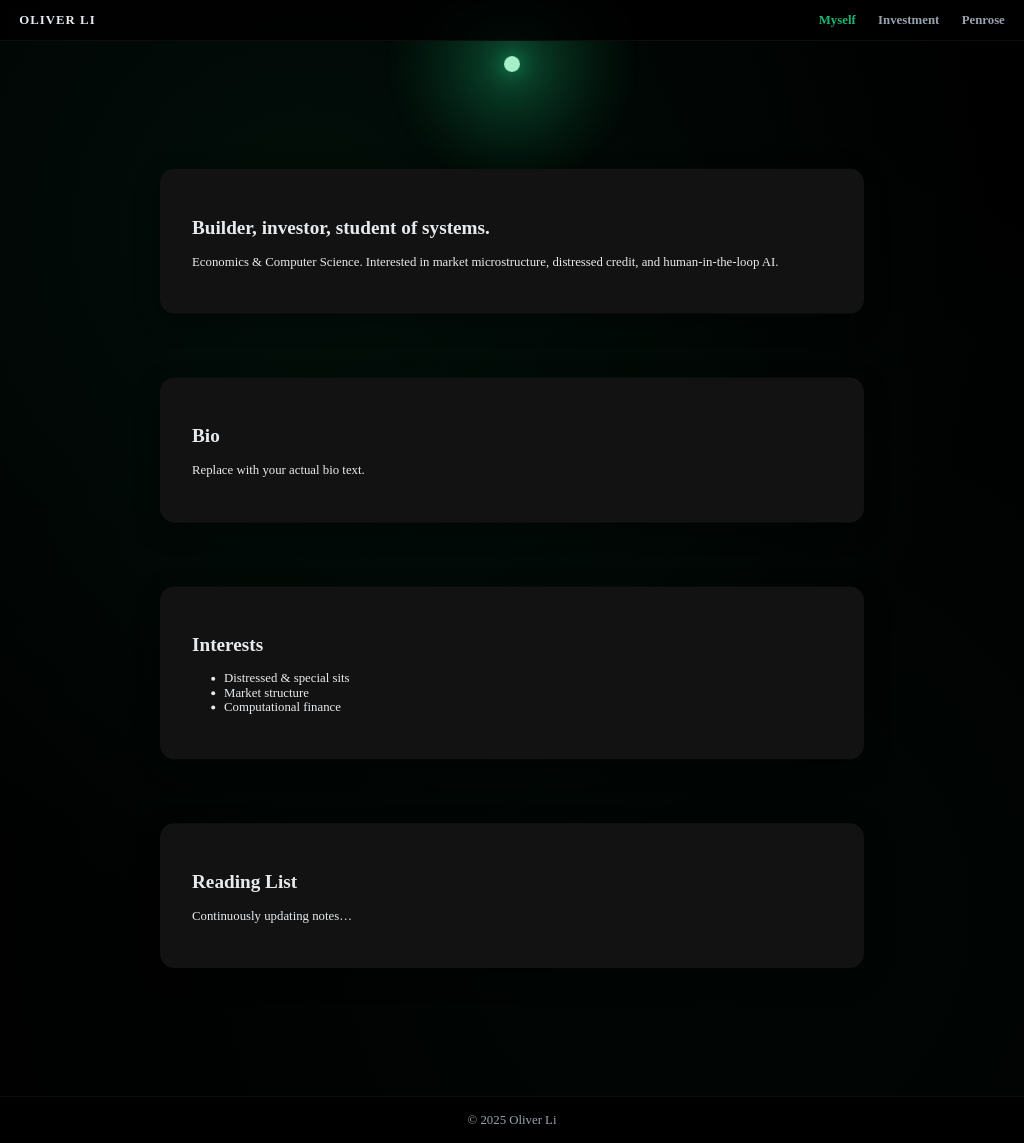
Repository: oliverli1728/portfolio
Page: index.html
The author's editor kept a copy of each file at every save. The page is drawn from the files as they stood at one save, then again after the next save.
The browser window is 1280 px wide. The pictures show the whole page, at 80% of full size.
Some web fonts or font styles are not loaded; a fallback is used.

Above is the page before, as saved 2025-09-25 22:40:42.

### index.html
<!DOCTYPE html>
<html lang="en">
<head>
  <meta charset="utf-8" />
  <meta name="viewport" content="width=device-width, initial-scale=1" />
  <title>Oliver Li</title>
  <link rel="stylesheet" href="style.css" />
  <link rel="stylesheet" href="mediaqueries.css" />
  <link rel="preconnect" href="https://fonts.googleapis.com">
  <link rel="preconnect" href="https://fonts.gstatic.com" crossorigin>
  <link href="https://fonts.googleapis.com/css2?family=Lusitana:wght@400;700&display=swap" rel="stylesheet">
</head>
<body>
  <header class="site-header">
    <a class="brand" href="#myself">OLIVER&nbsp;LI</a>
    <nav class="nav">
      <a href="#myself" class="tab-link active">Myself</a>
      <a href="#investment" class="tab-link">Investment</a>
      <a href="#penrose" class="tab-link">Penrose</a>
    </nav>
  </header>

  <!-- Particle canvas -->
  <canvas id="particleCanvas"></canvas>

  <main>
    <!-- Myself page -->
    <section id="myself" class="tab-content active">
      <div class="panel" data-fade>
        <h1>Builder, investor, student of systems.</h1>
        <p>Economics & Computer Science. Interested in market microstructure, distressed credit, and human-in-the-loop AI.</p>
      </div>
      <div class="panel" data-fade>
        <h2>Bio</h2>
        <p>Replace with your actual bio text.</p>
      </div>
      <div class="panel" data-fade>
        <h2>Interests</h2>
        <ul>
          <li>Distressed & special sits</li>
          <li>Market structure</li>
          <li>Computational finance</li>
        </ul>
      </div>
      <div class="panel" data-fade>
        <h2>Reading List</h2>
        <p>Continuously updating notes…</p>
      </div>
    </section>

    <!-- Investment page -->
    <section id="investment" class="tab-content">
      <h2>Investment Notes</h2>
      <p>Content here (cards, theses, etc.).</p>
    </section>

    <!-- Penrose page -->
    <section id="penrose" class="tab-content">
      <div class="penrose-container">
        <div class="penrose-shadow"></div>
        <img src="assets/penrose-logo.png" alt="Penrose logo" class="penrose-animated" />
        <canvas id="penroseParticles"></canvas>
        <p>Paradox, perspective, conviction.</p>
      </div>
    </section>
  </main>

  <footer class="site-footer">
    <span>© <span id="year"></span> Oliver Li</span>
  </footer>

  <script src="script.js"></script>
</body>
</html>

### style.css
:root{
  --bg:#070707;
  --bg-grad: radial-gradient(circle at 30% 20%, rgba(26,183,116,0.08), transparent 60%),
             radial-gradient(circle at 70% 80%, rgba(15,128,84,0.05), transparent 70%),
             #000;
  --elev:#121212;
  --muted:#98a2ad;
  --text:#e8ebee;
  --accent:#1ab774;
  --radius:18px;
  --shadow:0 10px 30px rgba(0,0,0,.35);
}

body{
  margin:0;
  font-family:"Lusitana", serif;
  background:var(--bg-grad);
  color:var(--text);
  scroll-behavior:smooth;
}

.site-header{
  position:sticky; top:0; display:flex; justify-content:space-between; align-items:center;
  padding:16px 24px; backdrop-filter:blur(6px);
  background:rgba(0,0,0,0.85);
  border-bottom:1px solid #111;
  z-index:10;
}
.brand{ color:var(--text); font-weight:700; text-decoration:none; letter-spacing:.08em; }
.nav{ display:flex; gap:28px; }
.tab-link{ color:var(--muted); text-decoration:none; font-weight:600; }
.tab-link.active{ color:var(--accent); }

.tab-content{ display:none; min-height:100vh; padding:80px 20px; position:relative; z-index:1; }
.tab-content.active{ display:block; }

/* Panels */
.panel{ margin:80px auto; max-width:800px; background:var(--elev); padding:40px; border-radius:var(--radius); box-shadow:var(--shadow); }
[data-fade]{ opacity:0; transform:translateY(24px); transition: opacity .8s ease, transform .8s ease; }
[data-fade].in-view{ opacity:1; transform:none; }

/* Penrose animation */
.penrose-container{ position:relative; display:flex; flex-direction:column; align-items:center; justify-content:center; height:100vh; overflow:hidden; }
.penrose-animated{ width:320px; animation: bob 5s ease-in-out infinite; z-index:2; }
.penrose-shadow{ position:absolute; bottom:20%; width:180px; height:30px; background:rgba(0,0,0,0.7); border-radius:50%; filter:blur(10px); z-index:1; }
@keyframes bob{ 0%,100%{ transform:translateY(0);} 50%{ transform:translateY(-20px);} }

#penroseParticles{ position:absolute; top:0; left:0; width:100%; height:100%; pointer-events:none; z-index:0; }

/* Canvas for main particle */
#particleCanvas{ position:fixed; top:0; left:0; width:100%; height:100%; z-index:0; pointer-events:none; }

/* Footer */
.site-footer{ text-align:center; padding:20px; border-top:1px solid #111; background:#000; color:var(--muted); z-index:5; position:relative; }

### mediaqueries.css
@media (max-width: 900px){
  .panel{ margin:40px 12px; padding:24px; }
}

@media (max-width: 600px){
  .nav{ gap:16px; }
  .penrose-animated{ width:220px; }
}

### script.js
// Tab switching with deep-link support
const tabs = document.querySelectorAll('.tab-link');
const contents = document.querySelectorAll('.tab-content');

function activateTab(id){
  tabs.forEach(t => t.classList.remove('active'));
  contents.forEach(c => c.classList.remove('active'));
  const targetTab = document.querySelector(`.tab-link[href='${id}']`);
  const targetContent = document.querySelector(id);
  if(targetTab && targetContent){
    targetTab.classList.add('active');
    targetContent.classList.add('active');
    window.scrollTo({ top:0, behavior:'smooth' });
  }
}

function initTabs(){
  tabs.forEach(tab => {
    tab.addEventListener('click', e => {
      e.preventDefault();
      const id = tab.getAttribute('href');
      activateTab(id);
      history.pushState(null, '', id);
    });
  });
}

window.addEventListener('DOMContentLoaded', () => {
  const hash = window.location.hash || '#myself';
  activateTab(hash);
  initTabs();
  document.getElementById('year').textContent = new Date().getFullYear();
});

window.addEventListener('popstate', () => {
  const hash = window.location.hash || '#myself';
  activateTab(hash);
});

// Main particle system that illuminates text
const canvas = document.getElementById('particleCanvas');
const ctx = canvas.getContext('2d');
let width, height;

function resize(){
  width = canvas.width = window.innerWidth;
  height = canvas.height = window.innerHeight;
}
window.addEventListener('resize', resize);
resize();

function drawParticle(){
  ctx.clearRect(0,0,width,height);
  const scrollTop = window.scrollY;
  const docHeight = document.documentElement.scrollHeight - window.innerHeight;
  const pct = docHeight > 0 ? scrollTop / docHeight : 0;
  const trackHeight = height - 160;
  const y = 80 + pct * trackHeight;
  const x = width/2 + Math.sin(pct * Math.PI * 2) * 120;

  // glow that fades in text
  const gradient = ctx.createRadialGradient(x,y,0,x,y,160);
  gradient.addColorStop(0,'rgba(26,183,116,0.25)');
  gradient.addColorStop(1,'rgba(0,0,0,0)');

  ctx.fillStyle = gradient;
  ctx.fillRect(0,0,width,height);

  // central particle
  ctx.beginPath();
  ctx.arc(x, y, 10, 0, Math.PI*2);
  ctx.fillStyle = 'rgba(183,255,216,0.9)';
  ctx.shadowColor = 'rgba(26,183,116,0.8)';
  ctx.shadowBlur = 25;
  ctx.fill();
}

function animate(){
  drawParticle();
  requestAnimationFrame(animate);
}
animate();

// Fade-in on scroll
const faders = document.querySelectorAll('[data-fade]');
const io = new IntersectionObserver(entries => {
  entries.forEach(entry => {
    if(entry.isIntersecting) entry.target.classList.add('in-view');
  });
},{ threshold:0.2 });
faders.forEach(el => io.observe(el));

// Penrose particles emitter
const penroseCanvas = document.getElementById('penroseParticles');
if(penroseCanvas){
  const pctx = penroseCanvas.getContext('2d');
  let pw, ph;
  function resizePenrose(){ pw = penroseCanvas.width = penroseCanvas.offsetWidth; ph = penroseCanvas.height = penroseCanvas.offsetHeight; }
  window.addEventListener('resize', resizePenrose); resizePenrose();

  const particles=[];
  function spawnParticle(){
    particles.push({x:pw/2, y:ph/2, vx:(Math.random()-0.5)*1, vy:-Math.random()*1.5-0.5, life:100});
  }

  function drawPenrose(){
    pctx.clearRect(0,0,pw,ph);
    particles.forEach((p,i)=>{
      p.x+=p.vx; p.y+=p.vy; p.life--;
      pctx.beginPath();
      pctx.arc(p.x,p.y,2,0,Math.PI*2);
      pctx.fillStyle=`rgba(26,183,116,${p.life/100})`;
      pctx.fill();
      if(p.life<=0) particles.splice(i,1);
    });
    if(Math.random()<0.3) spawnParticle();
    requestAnimationFrame(drawPenrose);
  }
  drawPenrose();
}

After the next save:
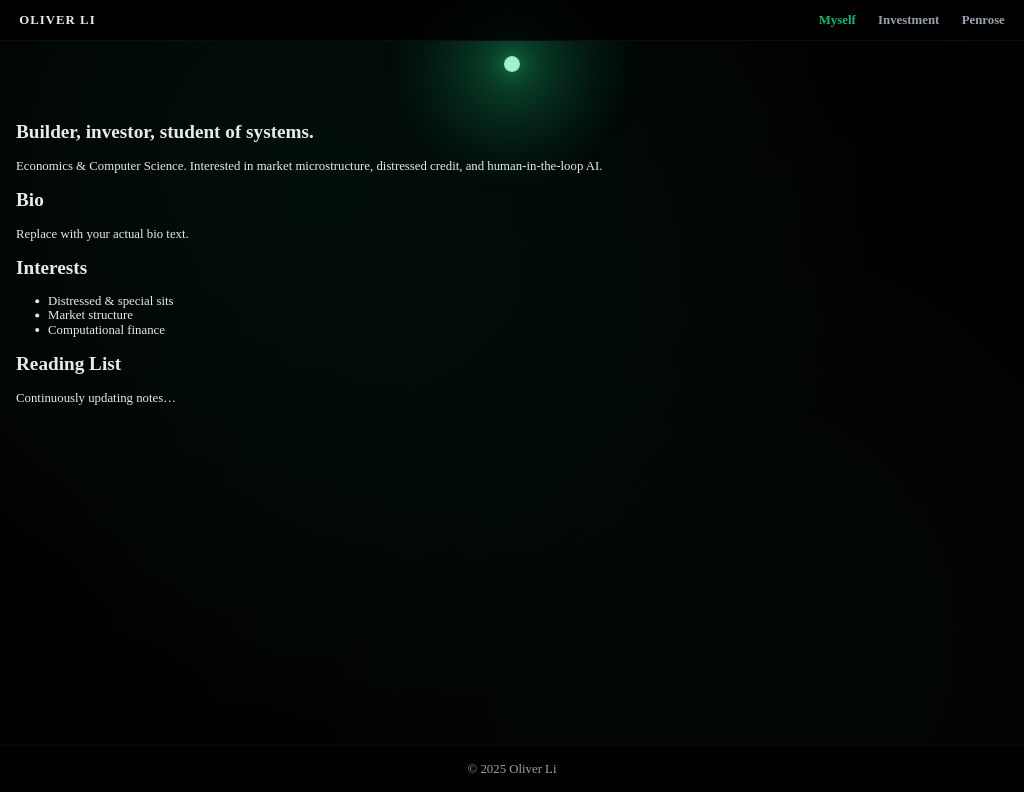
Saved 4 min 19 s later.
--- a/index.html
+++ b/index.html
@@ -26,26 +26,18 @@
   <main>
     <!-- Myself page -->
     <section id="myself" class="tab-content active">
-      <div class="panel" data-fade>
-        <h1>Builder, investor, student of systems.</h1>
-        <p>Economics & Computer Science. Interested in market microstructure, distressed credit, and human-in-the-loop AI.</p>
-      </div>
-      <div class="panel" data-fade>
-        <h2>Bio</h2>
-        <p>Replace with your actual bio text.</p>
-      </div>
-      <div class="panel" data-fade>
-        <h2>Interests</h2>
-        <ul>
-          <li>Distressed & special sits</li>
-          <li>Market structure</li>
-          <li>Computational finance</li>
-        </ul>
-      </div>
-      <div class="panel" data-fade>
-        <h2>Reading List</h2>
-        <p>Continuously updating notes…</p>
-      </div>
+      <h1 data-fade>Builder, investor, student of systems.</h1>
+      <p data-fade>Economics & Computer Science. Interested in market microstructure, distressed credit, and human-in-the-loop AI.</p>
+      <h2 data-fade>Bio</h2>
+      <p data-fade>Replace with your actual bio text.</p>
+      <h2 data-fade>Interests</h2>
+      <ul data-fade>
+        <li>Distressed & special sits</li>
+        <li>Market structure</li>
+        <li>Computational finance</li>
+      </ul>
+      <h2 data-fade>Reading List</h2>
+      <p data-fade>Continuously updating notes…</p>
     </section>
 
     <!-- Investment page -->
